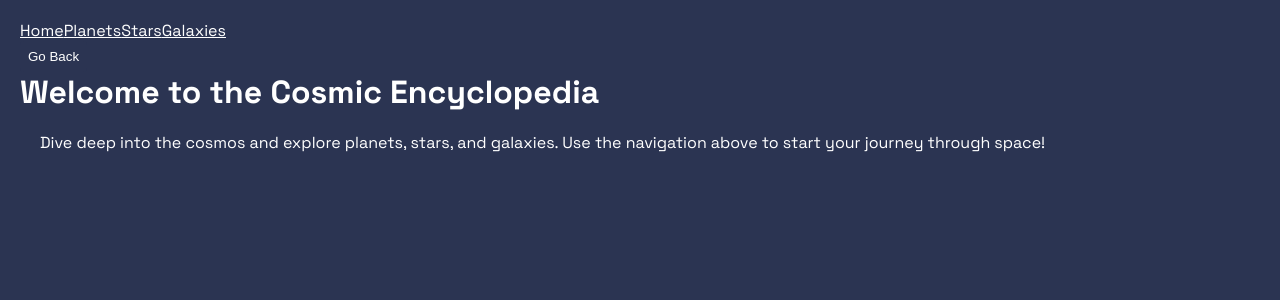
Repository: rmdayberry/Cosmic-Encyclopedia
Page: /
An editor plug-in stored every save of this project. The page is shown before and after the next save, followed by the edit.
The browser window is 1280 px wide. The pictures show the whole page.
The project was rebuilt for these pictures with package versions that can differ from the ones it lists, and the page was loaded fresh each time. Also part of the build but not shown: vite.config.js, src/data/celestialData.js, src/pages/ContentPage.jsx.

Above is the page before, as saved 2024-08-31 10:22:51.

After the next save:
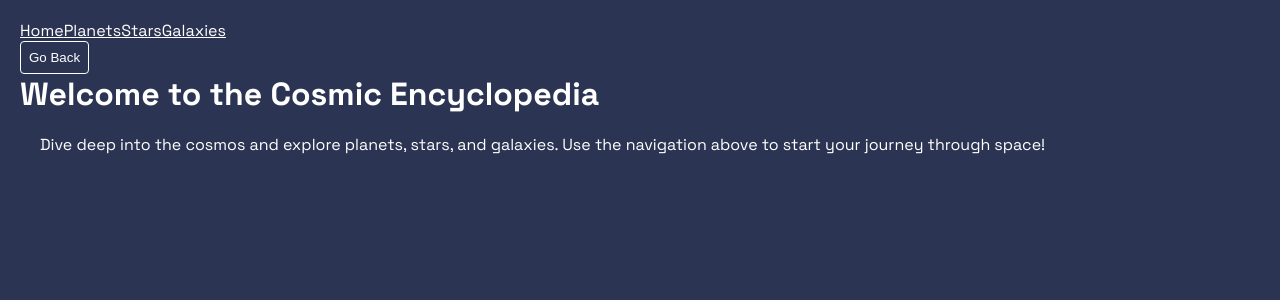
Saved 34 s later.
--- a/src/index.css
+++ b/src/index.css
@@ -20,7 +20,7 @@ p {
 }
 
 button {
-  border: 0;
+  border: 1px solid white;
   padding: 8px;
   border-radius: 4px;
   color: white;
